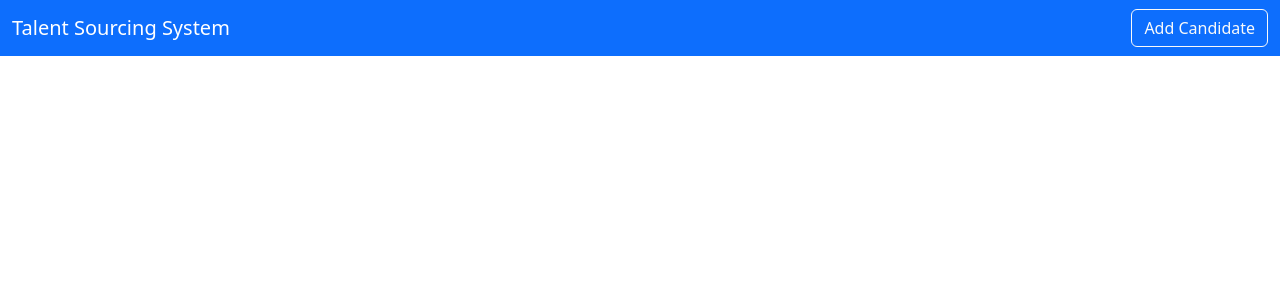
Repository: mfd10/talent-sourcing-system-frontend
Page: /
The author's editor kept a copy of each file at every save. The page is drawn from the files as they stood at one save, then again after the next save.
The browser window is 1280 px wide. The pictures show the whole page.
The project was rebuilt for these pictures with package versions that can differ from the ones it lists, and the page was loaded fresh each time.

Above is the page before, as saved 2022-11-10 23:44:25.

### src/App.js
import "../node_modules/bootstrap/dist/css/bootstrap.min.css"
import Navbar from './layout/Navbar';

function App() {
  return (
    <div className="App">

      <Navbar></Navbar>
    </div>
  );
}

export default App;

### src/layout/Navbar.js
import React from "react";

export default function Navbar() {
  return (
    <div>
      <nav className="navbar navbar-expand-lg navbar-dark bg-primary">
        <div className="container-fluid">
          <a href="/#" className="navbar-brand" >
            Talent Sourcing System
          </a>
          <button
            className="navbar-toggler"
            type="button"
            data-bs-toggle="collapse"
            data-bs-target="#navbarSupportedContent"
            aria-controls="navbarSupportedContent"
            aria-expanded="false"
            aria-label="Toggle navigation"
          >
            <span className="navbar-toggler-icon"></span>
          </button>
          <button className="btn btn-outline-light">Add Candidate
          </button>
        </div>
      </nav>
    </div>
  );
}

### src/pages/Home.js
import React from "react";

export default function Home() {
  return (
    <div className="container">
      <div className="py-4">
        <table class="table table-striped">
          <thead>
            <tr>
              <th scope="col">#</th>
              <th scope="col">First</th>
              <th scope="col">Last</th>
              <th scope="col">Handle</th>
            </tr>
          </thead>
          <tbody>
            <tr>
              <th scope="row">1</th>
              <td>Mark</td>
              <td>Otto</td>
              <td>@mdo</td>
            </tr>
            <tr>
              <th scope="row">2</th>
              <td>Jacob</td>
              <td>Thornton</td>
              <td>@fat</td>
            </tr>
            <tr>
              <th scope="row">3</th>
              <td colspan="2">Larry the Bird</td>
              <td>@twitter</td>
            </tr>
          </tbody>
        </table>
      </div>
    </div>
  );
}

Loaded but not shown: public/index.html (common file); src/index.js (common file); src/reportWebVitals.js (common file)

After the next save:
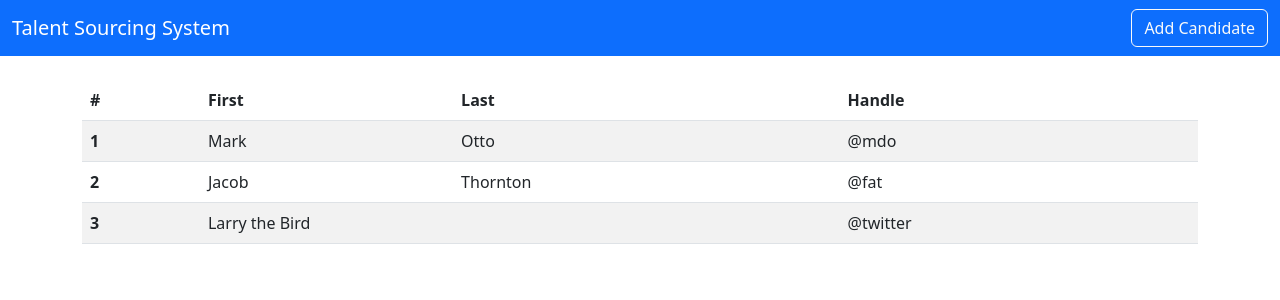
Saved 65 s later.
--- a/src/App.js
+++ b/src/App.js
@@ -1,11 +1,13 @@
 import "../node_modules/bootstrap/dist/css/bootstrap.min.css"
 import Navbar from './layout/Navbar';
+import Home from "./pages/Home";
 
 function App() {
   return (
     <div className="App">
 
       <Navbar></Navbar>
+      <Home/>
     </div>
   );
 }
